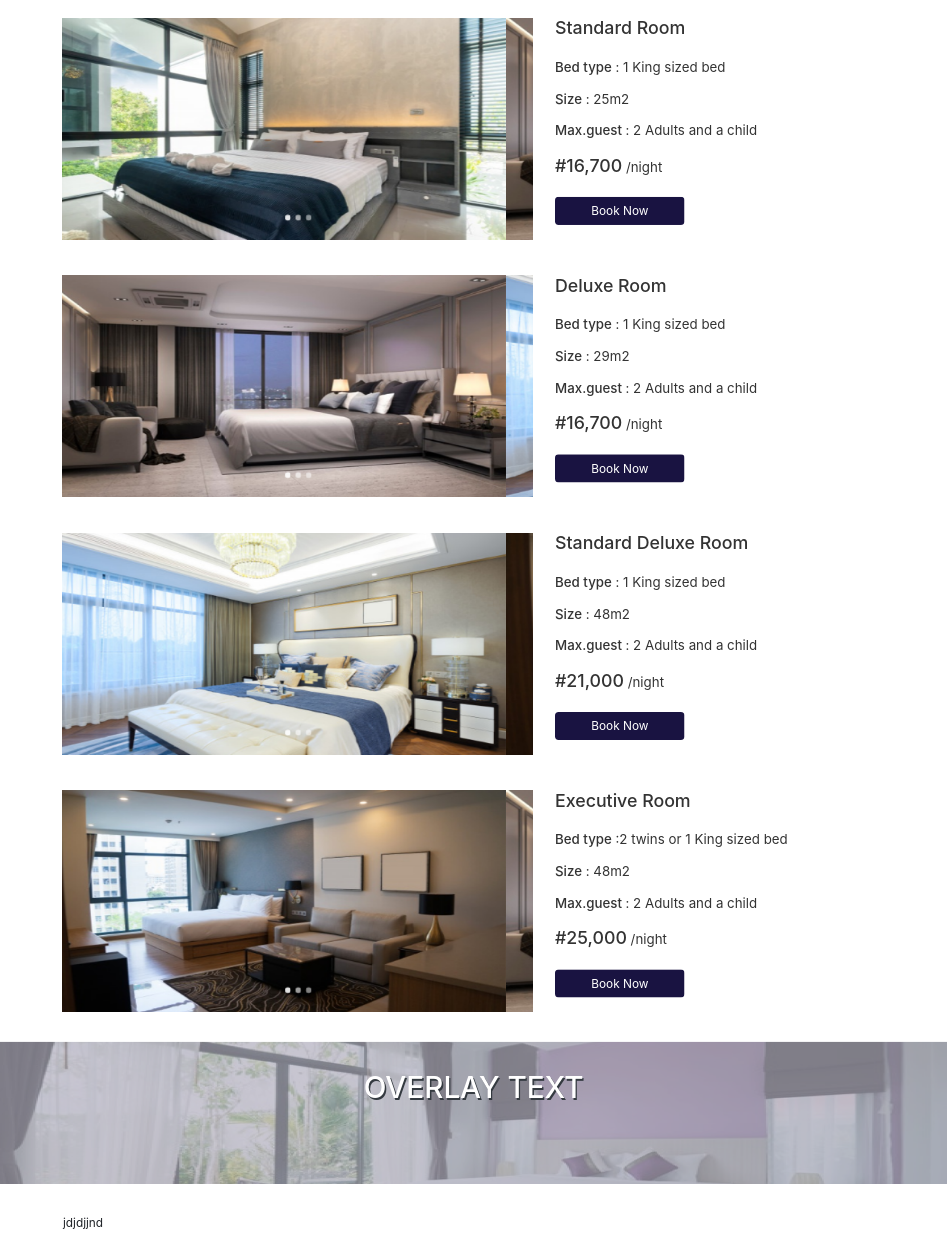
Repository: Syfon01/hotel-website
Page: room.html
These files come from the project's save history. The page is drawn as it stood at one moment and after the next save; the edit follows.
The browser window is 1280 px wide. The pictures show the whole page, at 74% of full size.

Above is the page before, as saved 2020-06-08 19:05:48.

### room.html
<!doctype html>
<html lang="en">
  <head>
    <title>Title</title>
    <!-- Required meta tags -->
    <meta charset="utf-8">
    <meta name="viewport" content="width=device-width, initial-scale=1, shrink-to-fit=no">

    <!-- Bootstrap CSS -->
    <link rel="stylesheet" href="https://stackpath.bootstrapcdn.com/bootstrap/4.3.1/css/bootstrap.min.css" integrity="sha384-ggOyR0iXCbMQv3Xipma34MD+dH/1fQ784/j6cY/iJTQUOhcWr7x9JvoRxT2MZw1T" crossorigin="anonymous">
    <link rel="stylesheet" href="room.css">
  </head>
  <body>
    <!-- carousel section -->
    <section id="carousel-section">
      <div class="container">
        <div class="row py-4">
          <div class="col-md-7 col-lg-7 col-12 col-sm-12">
            <div id="carouselExampleIndicators" class="carousel slide" data-ride="carousel">
              <ol class="carousel-indicators">
                <li data-target="#carouselExampleIndicators" data-slide-to="0" class="active"></li>
                <li data-target="#carouselExampleIndicators" data-slide-to="1"></li>
                <li data-target="#carouselExampleIndicators" data-slide-to="2"></li>
              </ol>
              <div class="carousel-inner">
                <div class="carousel-item active">
                  <img src="./img/hotel1.png" class="d-block w-100 img-carousel img-fluid" alt="...">
                </div>
                <div class="carousel-item">
                  <img src="./img/hotel2.png" class="d-block w-100 img-carousel img-fluid" alt="...">
                </div>
                <div class="carousel-item">
                  <img src="./img/hotel3.png" class="d-block w-100 img-carousel img-fluid" alt="...">
                </div>
              </div>

            </div>
          </div>
          <div class="col-md-5 col-lg-5 col-12 col-sm-12">
            <h4 class="text-purple mb-4">Standard Room</h4>
            <p class="text-purple"><span class="p-font-weight">Bed type </span>: 1 King sized bed</p>
            <p class="text-purple"><span class="p-font-weight">Size</span> : 25m2</p>
            <p class="text-purple"><span class="p-font-weight">Max.guest </span>: 2 Adults and a child</p>
            <p class="text-purple mb-4"><span class="p-font-weight p-20">#16,700</span> /night</p>
            <button class="btn btn-purple px-5">Book Now</button>
          </div>
        </div>

        <div class="row py-4">
          <div class="col-md-7 col-lg-7 col-12 col-sm-12">
            <div id="carouselExampleIndicators" class="carousel slide" data-ride="carousel">
              <ol class="carousel-indicators">
                <li data-target="#carouselExampleIndicators" data-slide-to="0" class="active"></li>
                <li data-target="#carouselExampleIndicators" data-slide-to="1"></li>
                <li data-target="#carouselExampleIndicators" data-slide-to="2"></li>
              </ol>
              <div class="carousel-inner">
                <div class="carousel-item active">
                  <img src="./img/hotel2.png" class="d-block w-100 img-carousel img-fluid" alt="...">
                </div>
                <div class="carousel-item">
                  <img src="./img/hotel3.png" class="d-block w-100 img-carousel img-fluid" alt="...">
                </div>
                <div class="carousel-item">
                  <img src="./img/hotel4.png" class="d-block w-100 img-carousel img-fluid" alt="...">
                </div>
              </div>

            </div>
          </div>
          <div class="col-md-5 col-lg-5 col-12 col-sm-12">
            <h4 class="text-purple mb-4">Deluxe Room</h4>
            <p class="text-purple"><span class="p-font-weight">Bed type </span>: 1 King sized bed</p>
            <p class="text-purple"><span class="p-font-weight">Size</span> : 29m2</p>
            <p class="text-purple"><span class="p-font-weight">Max.guest </span>: 2 Adults and a child</p>
            <p class="text-purple mb-4"><span class="p-font-weight p-20">#16,700</span> /night</p>
            <button class="btn btn-purple px-5">Book Now</button>
          </div>
        </div>

        <div class="row py-4">
          <div class="col-md-7 col-lg-7 col-12 col-sm-12">
            <div id="carouselExampleIndicators" class="carousel slide" data-ride="carousel">
              <ol class="carousel-indicators">
                <li data-target="#carouselExampleIndicators" data-slide-to="0" class="active"></li>
                <li data-target="#carouselExampleIndicators" data-slide-to="1"></li>
                <li data-target="#carouselExampleIndicators" data-slide-to="2"></li>
              </ol>
              <div class="carousel-inner">
                <div class="carousel-item active">
                  <img src="./img/hotel3.png" class="d-block w-100 img-carousel h-50 img-fluid" alt="...">
                </div>
                <div class="carousel-item">
                  <img src="./img/hotel4.png" class="d-block w-100 img-carousel img-fluid" alt="...">
                </div>
                <div class="carousel-item">
                  <img src="./img/hotel1.png" class="d-block w-100 img-carousel img-fluid" alt="...">
                </div>
              </div>

            </div>
          </div>
          <div class="col-md-5 col-lg-5 col-12 col-sm-12">
            <h4 class="text-purple mb-4">Standard Deluxe Room</h4>
            <p class="text-purple"><span class="p-font-weight">Bed type </span>: 1 King sized bed</p>
            <p class="text-purple"><span class="p-font-weight">Size</span> : 48m2</p>
            <p class="text-purple"><span class="p-font-weight">Max.guest </span>: 2 Adults and a child</p>
            <p class="text-purple mb-4"><span class="p-font-weight p-20">#21,000</span> /night</p>
            <button class="btn btn-purple px-5">Book Now</button>
          </div>
        </div>

        <div class="row py-4">
          <div class="col-md-7 col-lg-7 col-12 col-sm-12">
            <div id="carouselExampleIndicators" class="carousel slide" data-ride="carousel">
              <ol class="carousel-indicators">
                <li data-target="#carouselExampleIndicators" data-slide-to="0" class="active"></li>
                <li data-target="#carouselExampleIndicators" data-slide-to="1"></li>
                <li data-target="#carouselExampleIndicators" data-slide-to="2"></li>
              </ol>
              <div class="carousel-inner">
                <div class="carousel-item active">
                  <img src="./img/hotel4.png" class="d-block w-100 img-carousel h-50 img-fluid" alt="...">
                </div>
                <div class="carousel-item">
                  <img src="./img/hotel2.png" class="d-block w-100 img-carousel img-fluid" alt="...">
                </div>
                <div class="carousel-item">
                  <img src="./img/hotel1.png" class="d-block w-100 img-carousel img-fluid" alt="...">
                </div>
              </div>

            </div>
          </div>
          <div class="col-md-5 col-lg-5 col-12 col-sm-12">
            <h4 class="text-purple mb-4">Executive Room</h4>
            <p class="text-purple"><span class="p-font-weight">Bed type </span>:2 twins or 1 King sized bed</p>
            <p class="text-purple"><span class="p-font-weight">Size</span> : 48m2</p>
            <p class="text-purple"><span class="p-font-weight">Max.guest </span>: 2 Adults and a child</p>
            <p class="text-purple mb-4"><span class="p-font-weight p-20">#25,000</span> /night</p>
            <button class="btn btn-purple px-5">Book Now</button>
          </div>
        </div>
      </div>
    </section>

    <!-- explore section  -->
    <div class="explore py-3">
      <div class="hero flex-center">
      <div class="hero-message">
        <h1 class="hero-title">Overlay Text</h1>
      </div>
      <!-- <img src="./img/explore.png" class="explore-banner" alt="" srcset=""> -->
    </div>
</div>

<div class="container my-4">
  jdjdjjnd
</div>

    <!-- Optional JavaScript -->
    <!-- jQuery first, then Popper.js, then Bootstrap JS -->
    <script src="https://code.jquery.com/jquery-3.3.1.slim.min.js" integrity="sha384-q8i/X+965DzO0rT7abK41JStQIAqVgRVzpbzo5smXKp4YfRvH+8abtTE1Pi6jizo" crossorigin="anonymous"></script>
    <script src="https://cdnjs.cloudflare.com/ajax/libs/popper.js/1.14.7/umd/popper.min.js" integrity="sha384-UO2eT0CpHqdSJQ6hJty5KVphtPhzWj9WO1clHTMGa3JDZwrnQq4sF86dIHNDz0W1" crossorigin="anonymous"></script>
    <script src="https://stackpath.bootstrapcdn.com/bootstrap/4.3.1/js/bootstrap.min.js" integrity="sha384-JjSmVgyd0p3pXB1rRibZUAYoIIy6OrQ6VrjIEaFf/nJGzIxFDsf4x0xIM+B07jRM" crossorigin="anonymous"></script>
  </body>
</html>

### room.css
.text-purple{
 color: #333333
}
.p-font-weight{
  font-weight: 500;
}
.p-20{
  font-size: 24px;
}
p{
  font-size: 18px;;
}
.btn-purple{
  background-color: #191341;
  color: #fff;
  border-radius: 5px;
}
.img-carousel{
  height: 300px!important;
}
.carousel-indicators li{
  border-radius: 100%;
  width: 8px;
  height: 8px;
}

.hero {
  width: 100%;
  height: 100%;
  min-width: 100%;
  min-height: 100%;
  position: relative;
}

.hero::before {
  background-image: url(/img/explore.png);
  /* background-size: cover */
  background-repeat: no-repeat;
  background-size: 100% 150%;
  ;
  /* background-repeat: no-repeat; */
  content: "";
  display: block;
  position: absolute;
  top: 0;
  left: 0;
  width: 100%;
  height: 100%;
  z-index: -2;
  opacity: 0.4;
}

.flex-center {
  display: flex;
  flex-direction: column;
  justify-content: center;
  align-content: center;
}
.hero-message {
  color: #fff;
  text-shadow: #343a40 2px 2px;
  min-width: 100%;
  min-height: 12em;
  position: relative;
}

@media(min-width:1024px) {
  .hero-message {
    min-width: 50%;
    min-height: 12em;
  }

  .hero-message::before {
    margin-left: 25%;
    min-width: 50%;
    min-height: 12em;
  }
}

.hero::after {
  background: rgba(25, 19, 65, 0.6);
  content: "";
  display: block;
  position: absolute;
  top: 0px;
  left: 0px;
  width: 100%;
  height: 100%;
  z-index: -1;
  opacity: 0.4;
}

.hero-title,
.hero-sub-title {
  width: 100%;
  display: block;
  text-align: center;
}

.hero-title {
  margin: 3% 0;
  text-transform: uppercase;
}

After the next save:
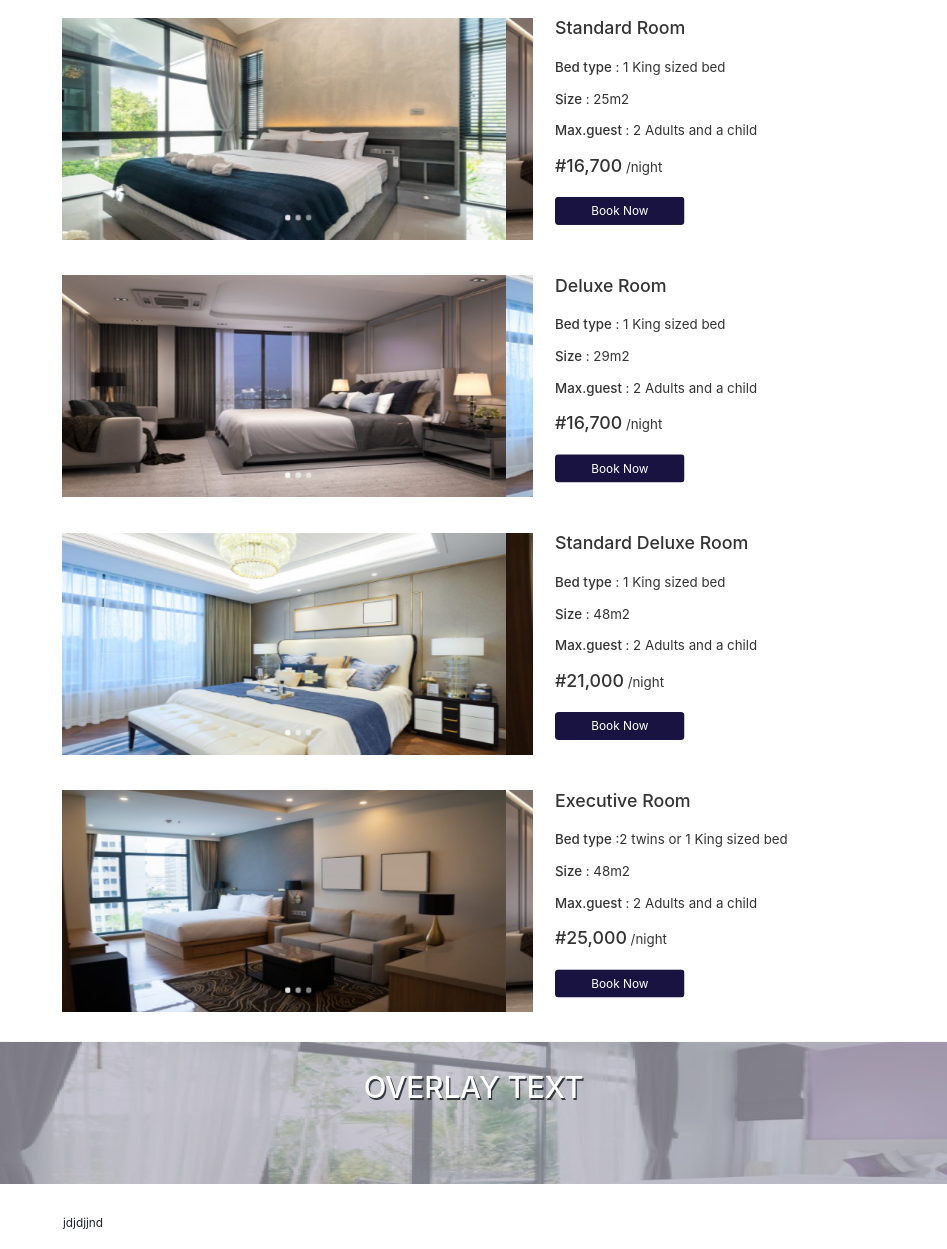
Saved 8 s later.
--- a/room.css
+++ b/room.css
@@ -36,7 +36,7 @@ p{
   background-image: url(/img/explore.png);
   /* background-size: cover */
   background-repeat: no-repeat;
-  background-size: 100% 150%;
+  background-size: 150% 150%;
   ;
   /* background-repeat: no-repeat; */
   content: "";
